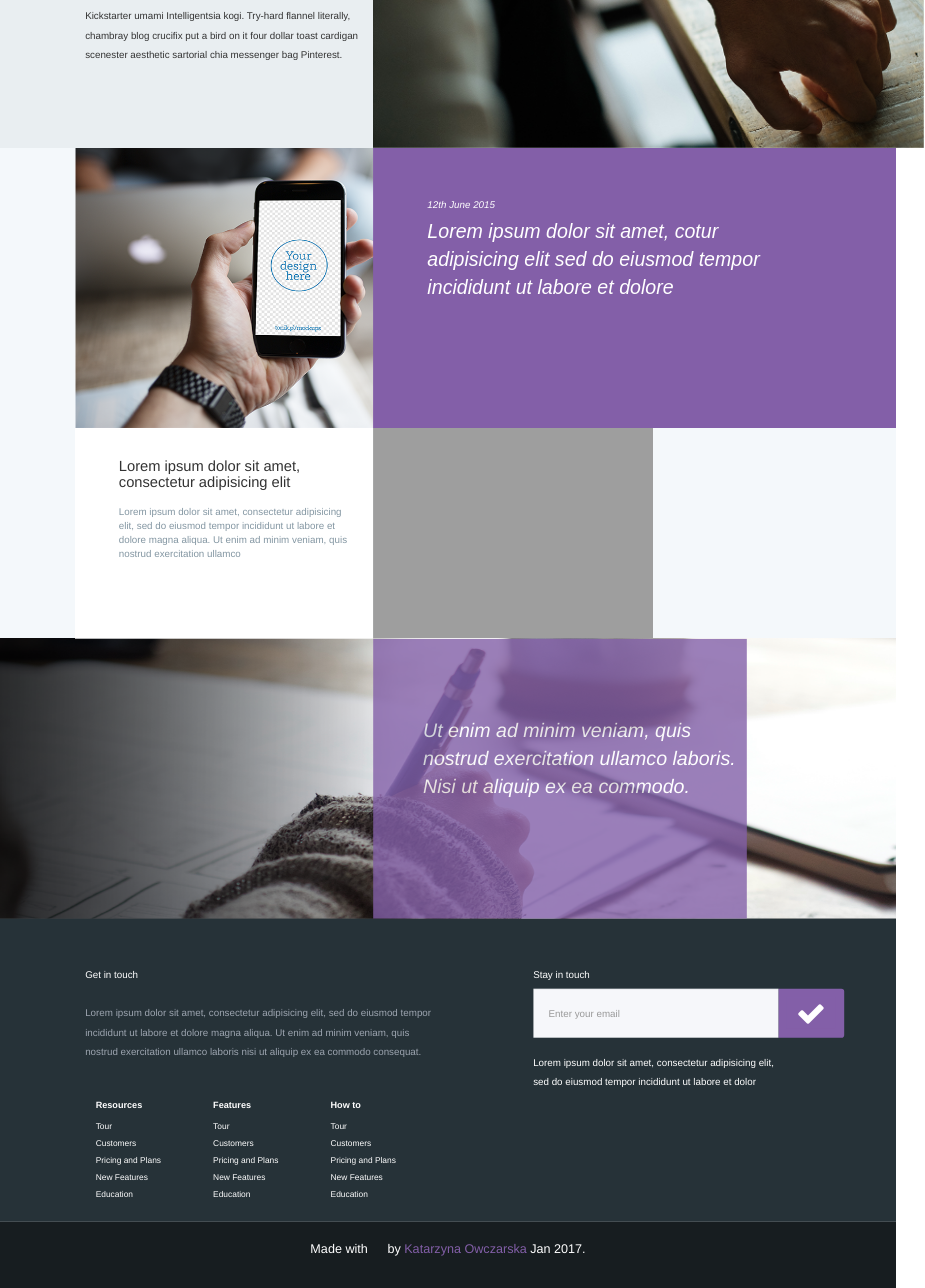
Repository: KatarzynaOwczarska/Tork
Page: Tork/WebContent/index.html
The author's editor kept a copy of each file at every save. The page is drawn from the files as they stood at one save, then again after the next save.
The browser window is 1280 px wide. The page is 1321 px wide, so the pictures cover 1321 px, including what lies to the right of the window. The pictures show the part of the page from y = 2859 to 4699 px (the page is 4699 px tall before and 4644 px after), at 70% of full size.
Pictures or frames that could not be fetched are drawn as grey boxes. Backgrounds fixed to the window are drawn as part of the page.

Above is the page before, as saved 2017-02-06 14:05:25.

After the next save:
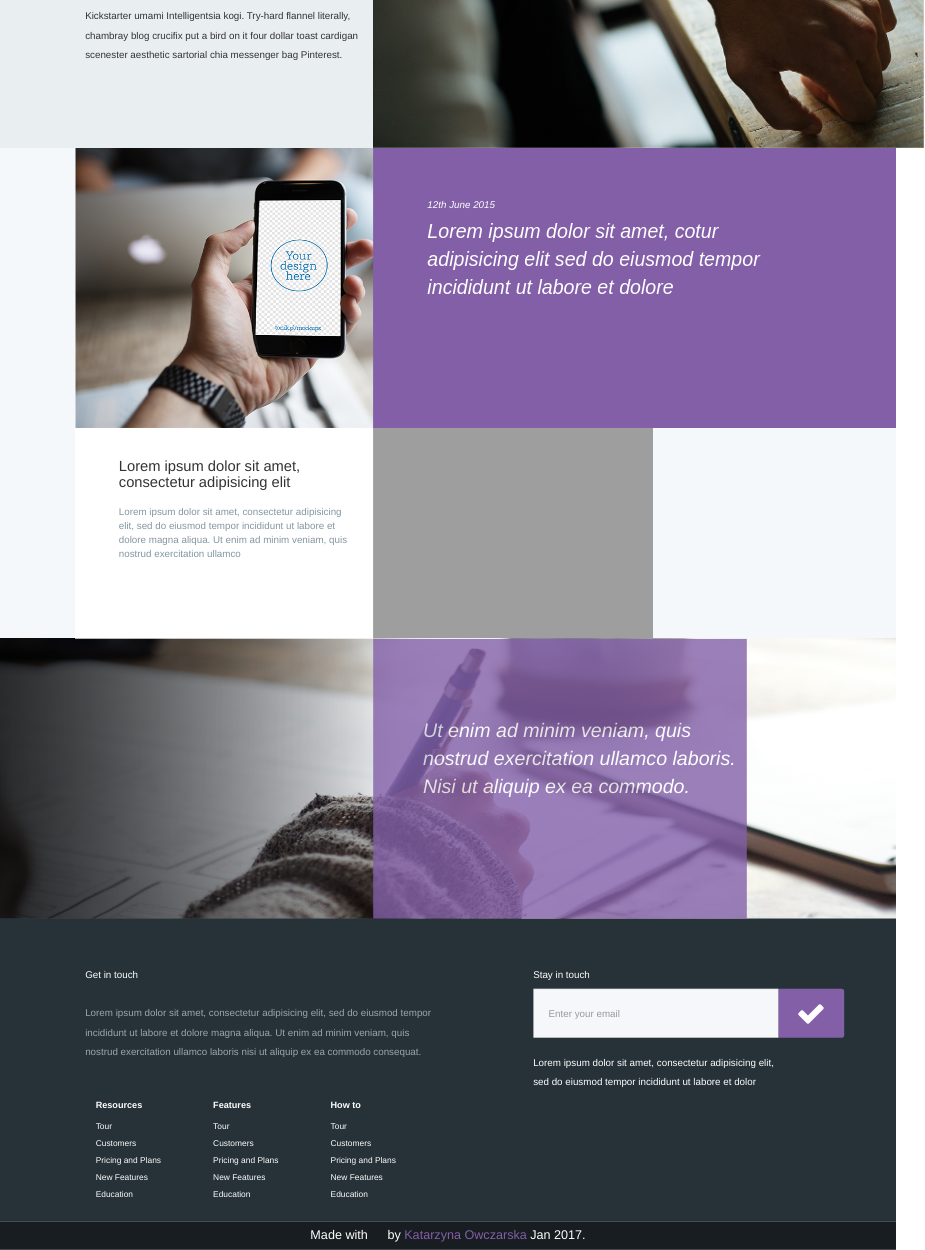
Saved 26 s later.
--- a/Tork/WebContent/css/style.css
+++ b/Tork/WebContent/css/style.css
@@ -344,7 +344,7 @@ header {
 }
 
 #footer {
-	margin: 20px 0px 35px 0px;
+	margin: 0px 0px 0px 0px;
 	text-align: center;
 }
 
